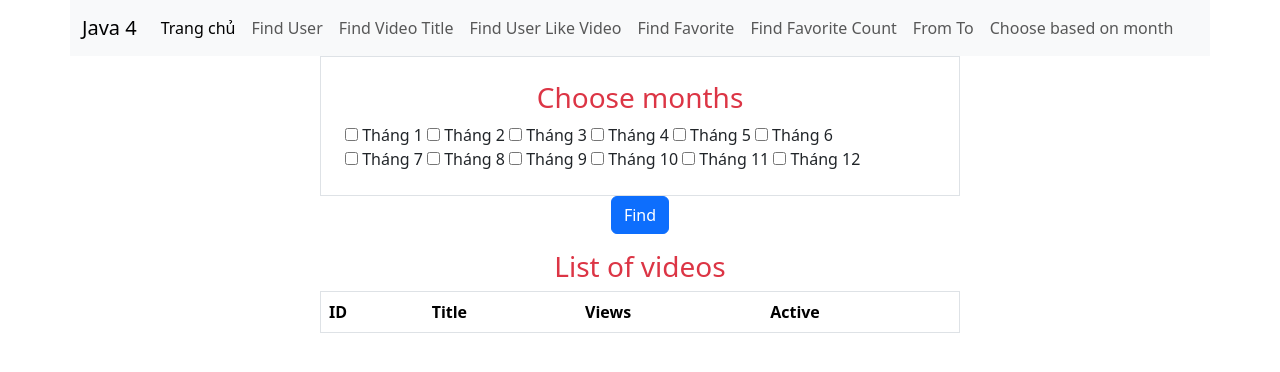
Repository: DanielNine9/java_servlet
Page: http://localhost/lab6/find/choose-month
An editor plug-in stored every save of this project. The page is shown before and after the next save, followed by the edit.
The browser window is 1280 px wide. The pictures show the whole page.
The page is served by Tomcat 9.

Above is the page before, as saved 2024-07-17 09:52:06.

After the next save:
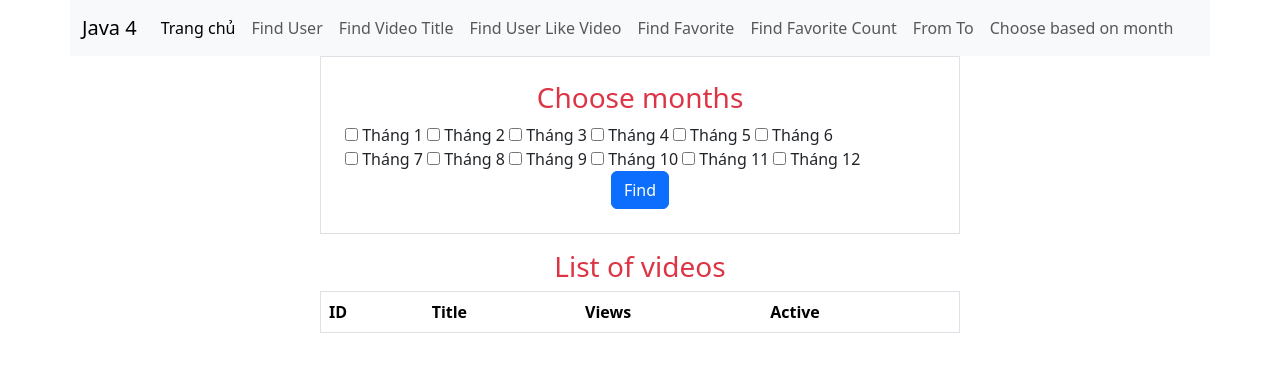
Saved 3 min 50 s later.
--- a/lab6/src/main/webapp/lab6/chooseMonth.jsp
+++ b/lab6/src/main/webapp/lab6/chooseMonth.jsp
@@ -19,7 +19,11 @@
 	<form method="post" action="/lab6/find/from-to"
 		class="w-50 mx-auto p-4 border">
 		<h3 class="text-center text-danger">Choose months</h3>
-		<form class="d-flex flex-column gap-2 py-2 justify-content-center align-items-center">
+
+
+
+		<form action=""
+			class="d-flex flex-column gap-2 py-2 justify-content-center align-items-center">
 			<div class="d-flex gap-1">
 				<div>
 					<input name="months" type="checkbox" id="1"> <label for="1">Tháng
@@ -60,24 +64,24 @@
 						9</label>
 				</div>
 				<div>
-					<input name="months" type="checkbox" id="10"> <label for="10">Tháng
-						10</label>
+					<input name="months" type="checkbox" id="10"> <label
+						for="10">Tháng 10</label>
 				</div>
 				<div>
-					<input name="months" type="checkbox" id="11"> <label for="11">Tháng
-						11</label>
+					<input name="months" type="checkbox" id="11"> <label
+						for="11">Tháng 11</label>
 				</div>
 				<div>
-					<input name="months" type="checkbox" id="12"> <label for="12">Tháng
-						12</label>
+					<input name="months" type="checkbox" id="12"> <label
+						for="12">Tháng 12</label>
 				</div>
 			</div>
-			<div></div>
-		</form>
-		<div class="d-flex justify-content-center">
+			<div class="d-flex justify-content-center">
 			<button class="btn btn-primary">Find</button>
 
 		</div>
+		</form>
+
 	</form>
 	<div class="mt-3 w-50 mx-auto">
 		<c:if test="${not empty error}">
